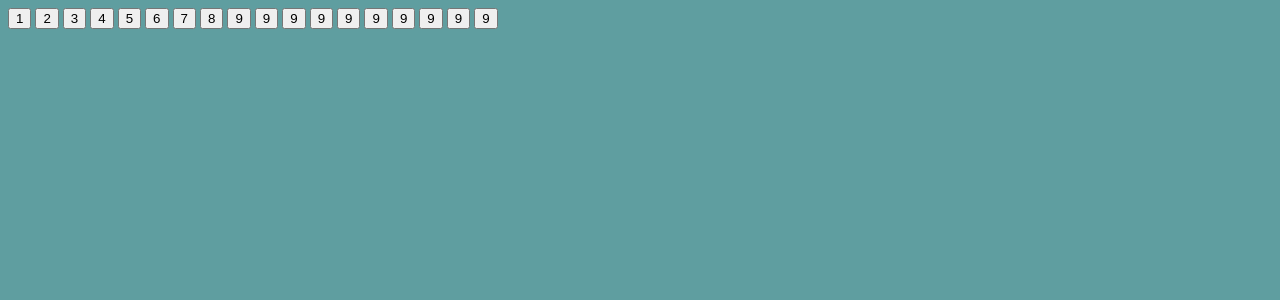
Repository: jontslater/LAB-calculator2
Page: index.html
An editor plug-in stored every save of this project. The page is shown before and after the next save, followed by the edit.
The browser window is 1280 px wide. The pictures show the whole page.

Above is the page before, as saved 2023-10-10 20:46:40.

After the next save:
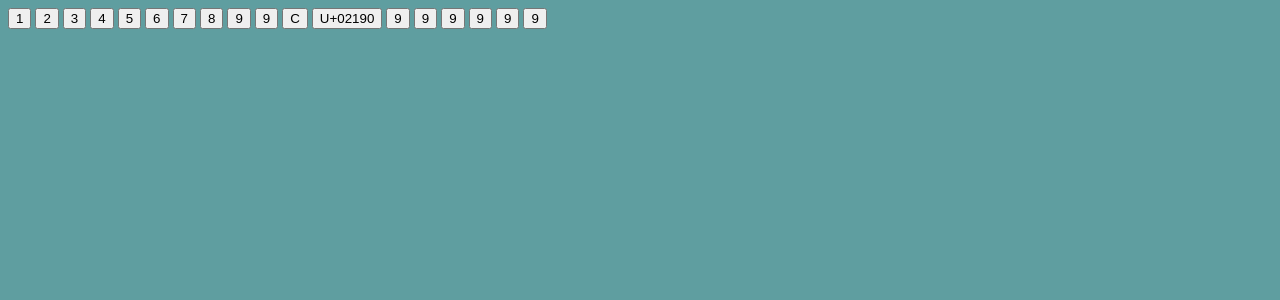
Saved 101 s later.
--- a/index.html
+++ b/index.html
@@ -18,8 +18,8 @@
 <button type="button">8</button>
 <button type="button">9</button>
 <button type="button">9</button>
-<button type="button">9</button>
-<button type="button">9</button>
+<button type="button">C</button>
+<button type="button">U+02190</button>
 <button type="button">9</button>
 <button type="button">9</button>
 <button type="button">9</button>
